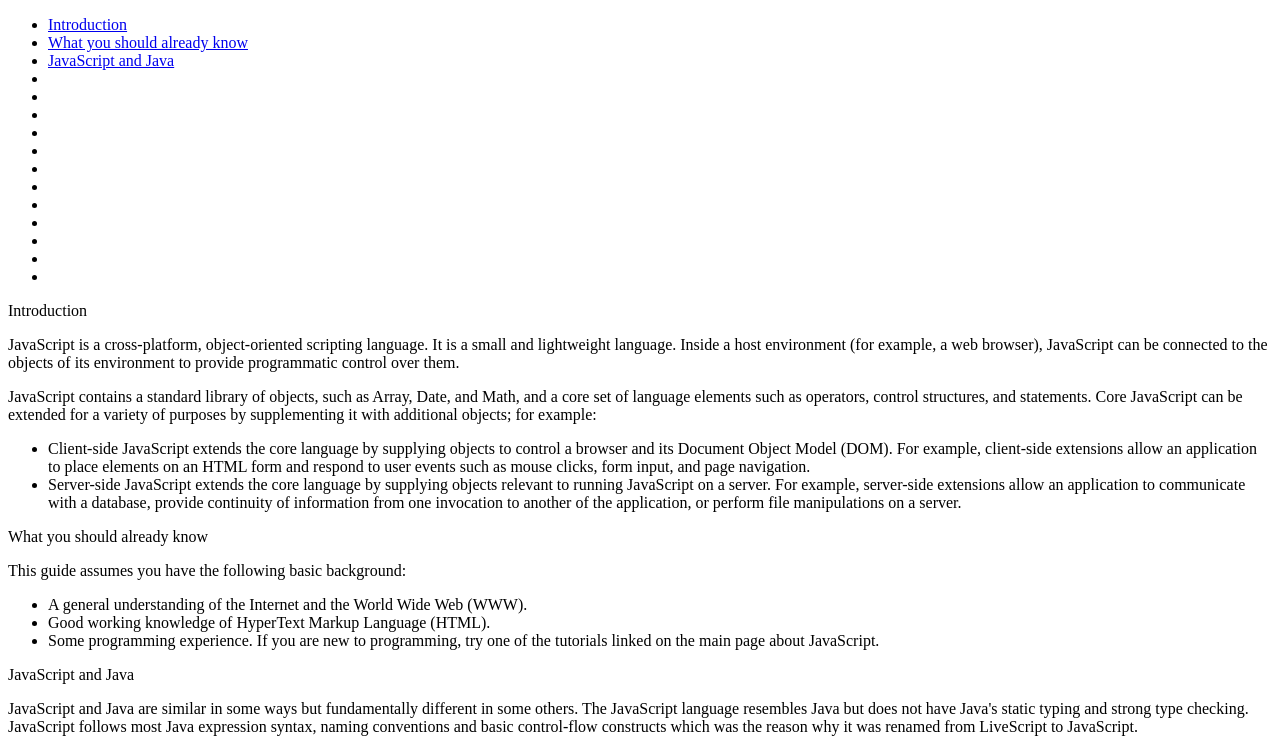
Repository: Lungdjos/technical_document_page_certificate
Page: index.html
These files come from the project's save history. The page is drawn as it stood at one moment and after the next save; the edit follows.
The browser window is 1280 px wide. The pictures show the whole page.

Above is the page before, as saved 2023-11-19 22:36:32.

### index.html
<!DOCTYPE html>
<html lang="en">

<head>
    <meta charset="UTF-8">
    <meta name="viewport" content="width=device-width, initial-scale=1.0">
    <title>Technical Document</title>
    <link rel="stylesheet" href="./styles.css">
</head>

<body>
    <nav id="nav-bar">
        <header></header>
        <ul>
            <li>
                <a href="#Introduction" class="navlink">Introduction</a>
            </li>
            <li>
                <a href="#What_you_should_already_know" class="navlink">What you should already know</a>
            </li>
            <li>
                <a href="#JavaScript_and_Java" class="navlink">JavaScript and Java</a>
            </li>
            <li>
                <a href="" class="navlink"></a>
            </li>
            <li>
                <a href="" class="navlink"></a>
            </li>
            <li>
                <a href="" class="navlink"></a>
            </li>
            <li>
                <a href="" class="navlink"></a>
            </li>
            <li>
                <a href="" class="navlink"></a>
            </li>
            <li>
                <a href="" class="navlink"></a>
            </li>
            <li>
                <a href="" class="navlink"></a>
            </li>
            <li>
                <a href="" class="navlink"></a>
            </li>
            <li>
                <a href="" class="navlink"></a>
            </li>
            <li>
                <a href="" class="navlink"></a>
            </li>
            <li>
                <a href="" class="navlink"></a>
            </li>
            <li>
                <a href="" class="navlink"></a>
            </li>
        </ul>
    </nav>
    <main id="main-doc">
        <section class="main-section" id="Introduction">
            <header id="">Introduction</header>
            <p>JavaScript is a cross-platform, object-oriented scripting language. It is a small and lightweight language. Inside a host environment (for example, a web browser), JavaScript can be connected to the objects of its environment to provide programmatic
                control over them.</p>
            <p>JavaScript contains a standard library of objects, such as Array, Date, and Math, and a core set of language elements such as operators, control structures, and statements. Core JavaScript can be extended for a variety of purposes by supplementing
                it with additional objects; for example:
                <ul>
                    <li>Client-side JavaScript extends the core language by supplying objects to control a browser and its Document Object Model (DOM). For example, client-side extensions allow an application to place elements on an HTML form and respond
                        to user events such as mouse clicks, form input, and page navigation.</li>
                    <li>Server-side JavaScript extends the core language by supplying objects relevant to running JavaScript on a server. For example, server-side extensions allow an application to communicate with a database, provide continuity of information
                        from one invocation to another of the application, or perform file manipulations on a server.</li>
                </ul>
            </p>

        </section>
        <section class="main-section" id="What_you_should_already_know">
            <header id="">What you should already know</header>
            <p>This guide assumes you have the following basic background:
                <ul>
                    <li>A general understanding of the Internet and the World Wide Web (WWW).</li>
                    <li>Good working knowledge of HyperText Markup Language (HTML).</li>
                    <li>Some programming experience. If you are new to programming, try one of the tutorials linked on the main page about JavaScript.</li>
                </ul>
            </p>

        </section>
        <section class="main-section" id="JavaScript_and_Java">
            <header id="">JavaScript and Java</header>
            <p>JavaScript and Java are similar in some ways but fundamentally different in some others. The JavaScript language resembles Java but does not have Java's static typing and strong type checking. JavaScript follows most Java expression syntax,
                naming conventions and basic control-flow constructs which was the reason why it was renamed from LiveScript to JavaScript.</p>
            <p></p>
            <p></p>
        </section>
        <section class="main-section" id="">
            <header id=""></header>
            <p></p>
            <p></p>
            <p></p>
        </section>
        <section class="main-section" id="">
            <header id=""></header>
            <p></p>
            <p></p>
            <p></p>
        </section>
        <section class="main-section" id="">
            <header id=""></header>
            <p></p>
            <p></p>
            <p></p>
        </section>
        <section class="main-section" id="">
            <header id=""></header>
            <p></p>
            <p></p>
            <p></p>
        </section>
        <section class="main-section" id="">
            <header id=""></header>
            <p></p>
            <p></p>
            <p></p>
        </section>
        <section class="main-section" id="">
            <header id=""></header>
            <p></p>
            <p></p>
            <p></p>
        </section>
        <section class="main-section" id="">
            <header id=""></header>
            <p></p>
            <p></p>
            <p></p>
        </section>
        <section class="main-section" id="">
            <header id=""></header>
            <p></p>
            <p></p>
            <p></p>
        </section>
        <section class="main-section" id="">
            <header id=""></header>
            <p></p>
            <p></p>
            <p></p>
        </section>
        <section class="main-section" id="">
            <header id=""></header>
            <p></p>
            <p></p>
            <p></p>
        </section>
        <section class="main-section" id="">
            <header id=""></header>
            <p></p>
            <p></p>
            <p></p>
        </section>
    </main>
</body>

</html>

### styles.css
/* A technical document page stylings */

After the next save:
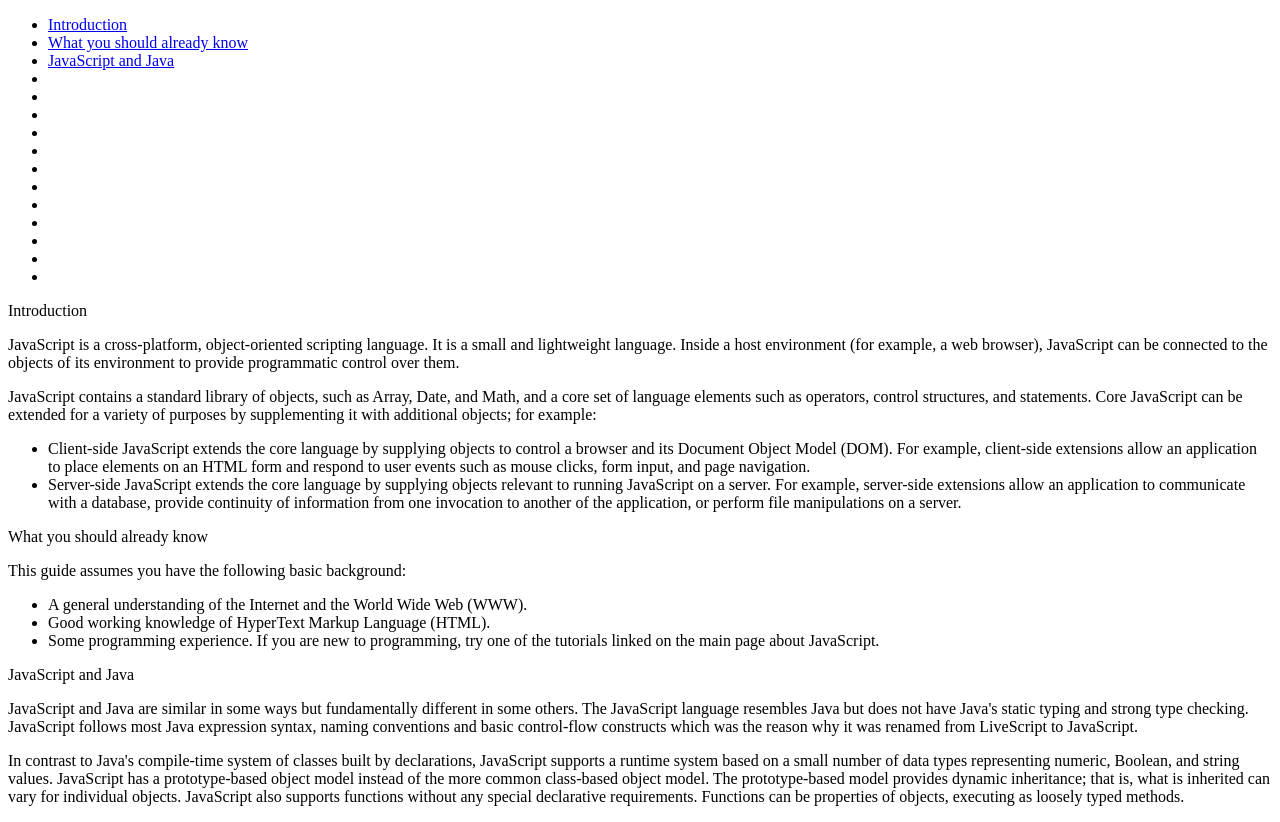
Saved 22 s later.
--- a/index.html
+++ b/index.html
@@ -90,7 +90,9 @@
             <header id="">JavaScript and Java</header>
             <p>JavaScript and Java are similar in some ways but fundamentally different in some others. The JavaScript language resembles Java but does not have Java's static typing and strong type checking. JavaScript follows most Java expression syntax,
                 naming conventions and basic control-flow constructs which was the reason why it was renamed from LiveScript to JavaScript.</p>
-            <p></p>
+            <p>In contrast to Java's compile-time system of classes built by declarations, JavaScript supports a runtime system based on a small number of data types representing numeric, Boolean, and string values. JavaScript has a prototype-based object
+                model instead of the more common class-based object model. The prototype-based model provides dynamic inheritance; that is, what is inherited can vary for individual objects. JavaScript also supports functions without any special declarative
+                requirements. Functions can be properties of objects, executing as loosely typed methods.</p>
             <p></p>
         </section>
         <section class="main-section" id="">
